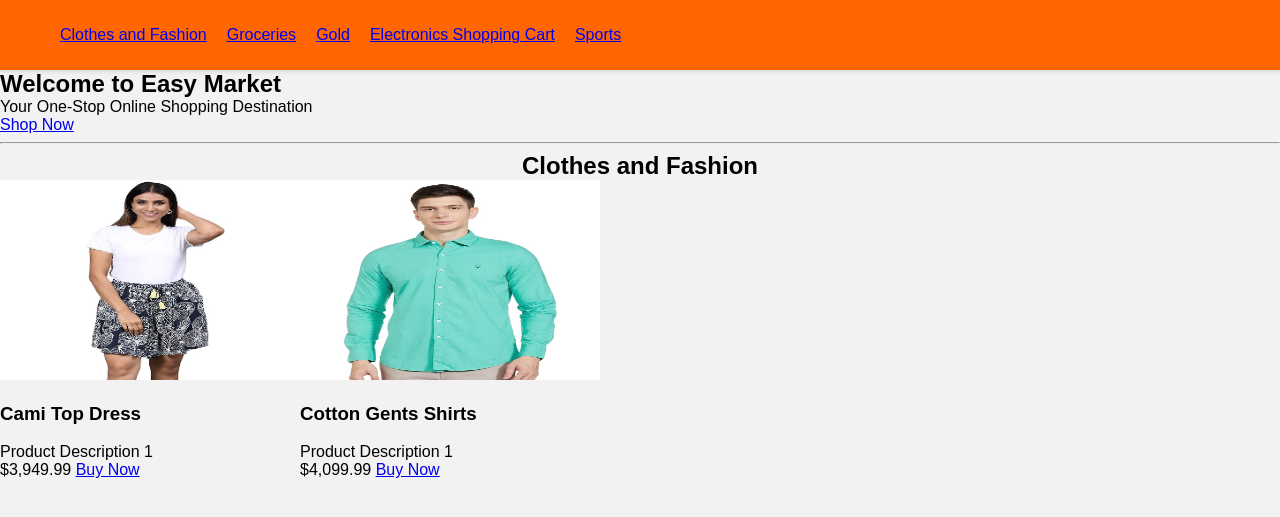
Repository: Maheshbabur789/BookStore
Page: http://localhost/OnlineMarketing/ownWeb.jsp
The author's editor kept a copy of each file at every save. The page is drawn from the files as they stood at one save, then again after the next save.
The browser window is 1280 px wide. The pictures show the whole page.
The page is served by Tomcat 9.

Above is the page before, as saved 2024-11-07 12:31:34.

After the next save:
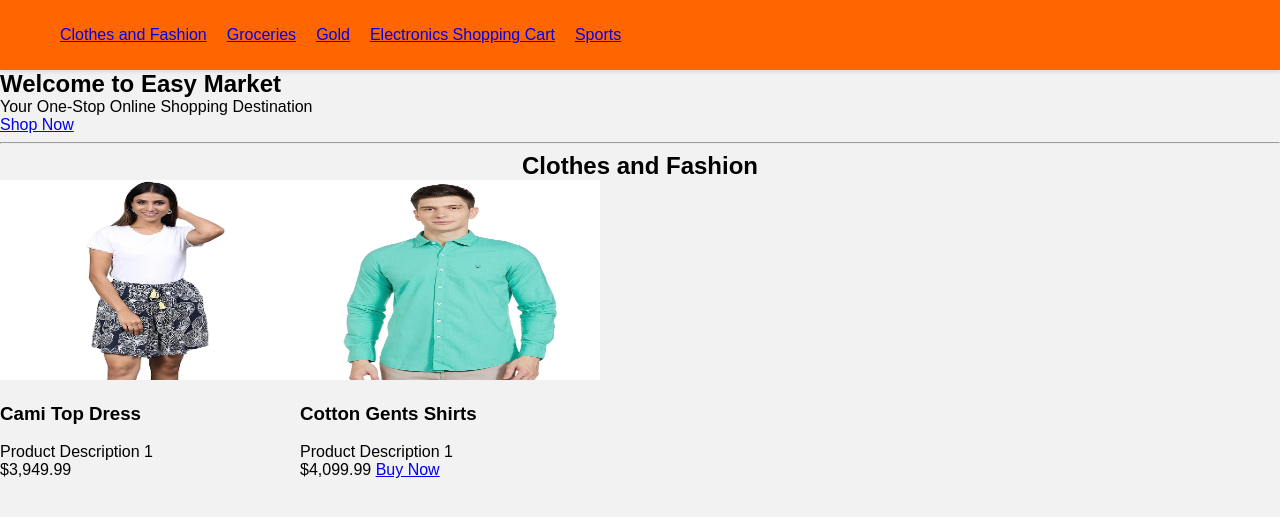
Saved 13 s later.
--- a/MyLabs/OnlineMarketing/src/main/webapp/ownWeb.jsp
+++ b/MyLabs/OnlineMarketing/src/main/webapp/ownWeb.jsp
@@ -90,7 +90,6 @@
 			    <h3>Cami Top Dress</h3>
 			    <p>Product Description 1</p>
 			    <span class="price">$3,949.99</span>
-			    <a href="/images/Cami-Top.jpg" alt="Sample Image" width="100" height="200" class="add-to-cart">Buy Now</a>
 			</div>
 			<div class="product-card highlights">
 			    <img src="Cotton-Shirts.jpg" alt="Sample Image" width="300" height="200">

After the save that followed:
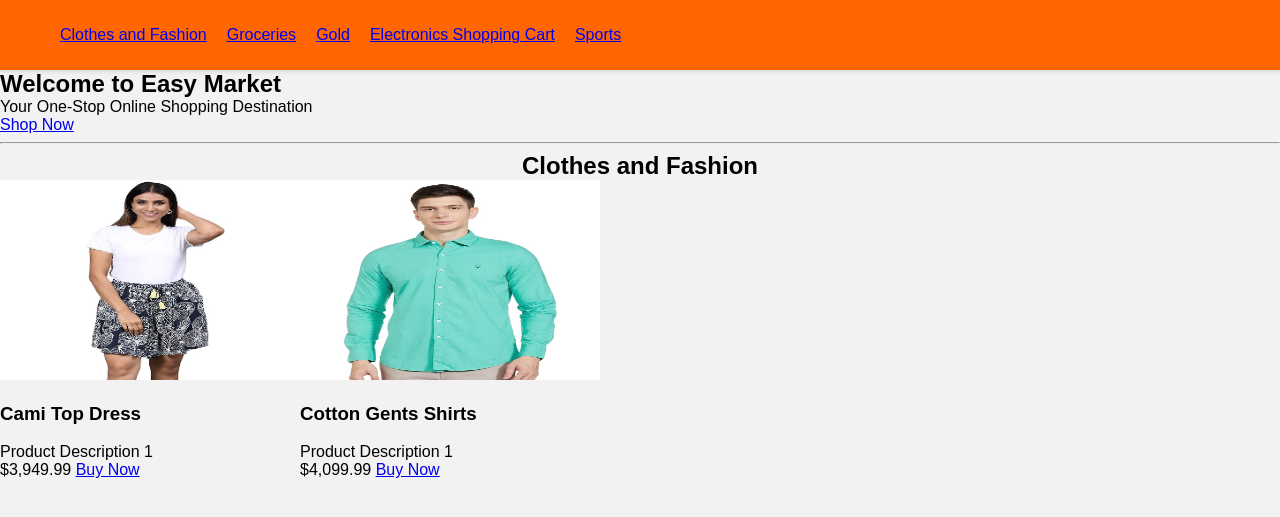
Saved 74 s later.
--- a/MyLabs/OnlineMarketing/src/main/webapp/ownWeb.jsp
+++ b/MyLabs/OnlineMarketing/src/main/webapp/ownWeb.jsp
@@ -90,6 +90,7 @@
 			    <h3>Cami Top Dress</h3>
 			    <p>Product Description 1</p>
 			    <span class="price">$3,949.99</span>
+			    <a href="class="add-to-cart">Buy Now</a>
 			</div>
 			<div class="product-card highlights">
 			    <img src="Cotton-Shirts.jpg" alt="Sample Image" width="300" height="200">
